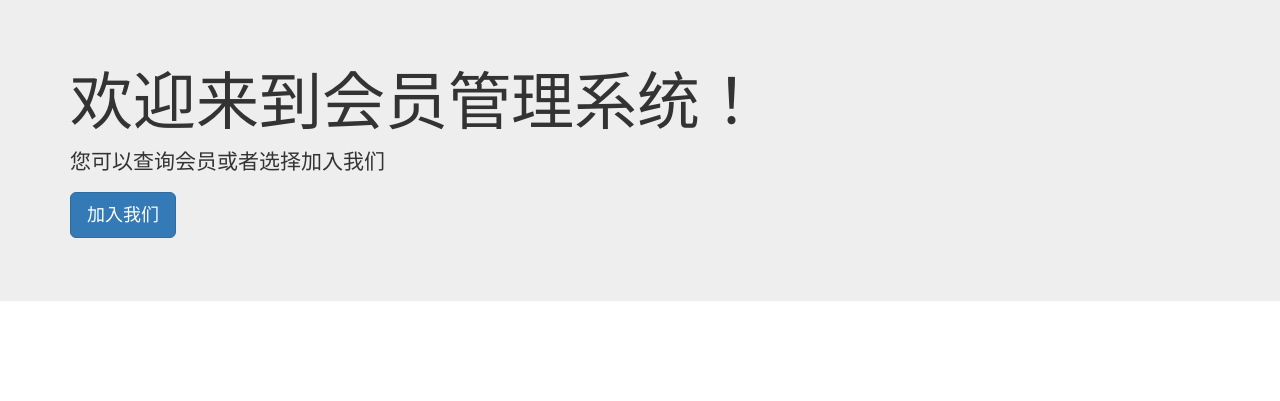
Repository: HelloChuang/HelloChuang-EclipseWorkSpace
Page: http://localhost/RetestServlet3/
An editor plug-in stored every save of this project. The page is shown before and after the next save, followed by the edit.
The browser window is 1280 px wide. The pictures show the whole page.
The page is served by Tomcat 9. Other server files are loaded and not shown.

Above is the page before, as saved 2018-10-31 08:49:22.

### EclipseWorkSpace/RetestServlet3/WebContent/index.jsp
<%@ page language="java" contentType="text/html; charset=UTF-8"
    pageEncoding="UTF-8"%>
<!DOCTYPE>
<html>
<head>
<meta http-equiv="Content-Type" content="text/html; charset=UTF-8">
<link rel="stylesheet" type="text/css" href="${pageContext.request.contextPath}/css/bootstrap.min.css">
<script type="text/javascript" href="${pageContext.request.contextPath}/js/jquery-1.9.1.js"></script>
<script type="text/javascript" href="${pageContext.request.contextPath}/js/bootstrap.min.js"></script>
<title>首页</title>
</head>
<body>
<div class="jumbotron">
    <div class="container">
        <h1>欢迎来到会员管理系统！</h1>
        <p>您可以查询会员或者选择加入我们</p>
        <p><a class="btn btn-primary btn-lg" role="button" href="FindUserByPageList?pageIndex=1">
         加入我们</a>
        </p>
    </div>
</div>
</body>
</html>

Loaded but not shown: EclipseWorkSpace/RetestServlet3/WebContent/css/bootstrap.min.css (library)

After the next save:
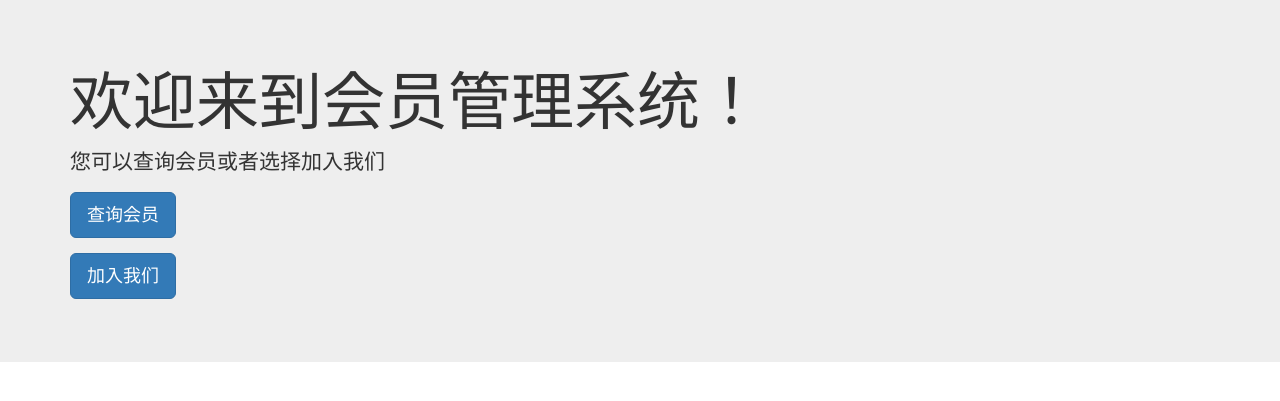
Saved 76 s later.
--- a/EclipseWorkSpace/RetestServlet3/WebContent/index.jsp
+++ b/EclipseWorkSpace/RetestServlet3/WebContent/index.jsp
@@ -15,6 +15,8 @@
         <h1>欢迎来到会员管理系统！</h1>
         <p>您可以查询会员或者选择加入我们</p>
         <p><a class="btn btn-primary btn-lg" role="button" href="FindUserByPageList?pageIndex=1">
+         查询会员</a>
+        <p><a class="btn btn-primary btn-lg" role="button" href="FindUserByPageList?pageIndex=1">
          加入我们</a>
         </p>
     </div>
